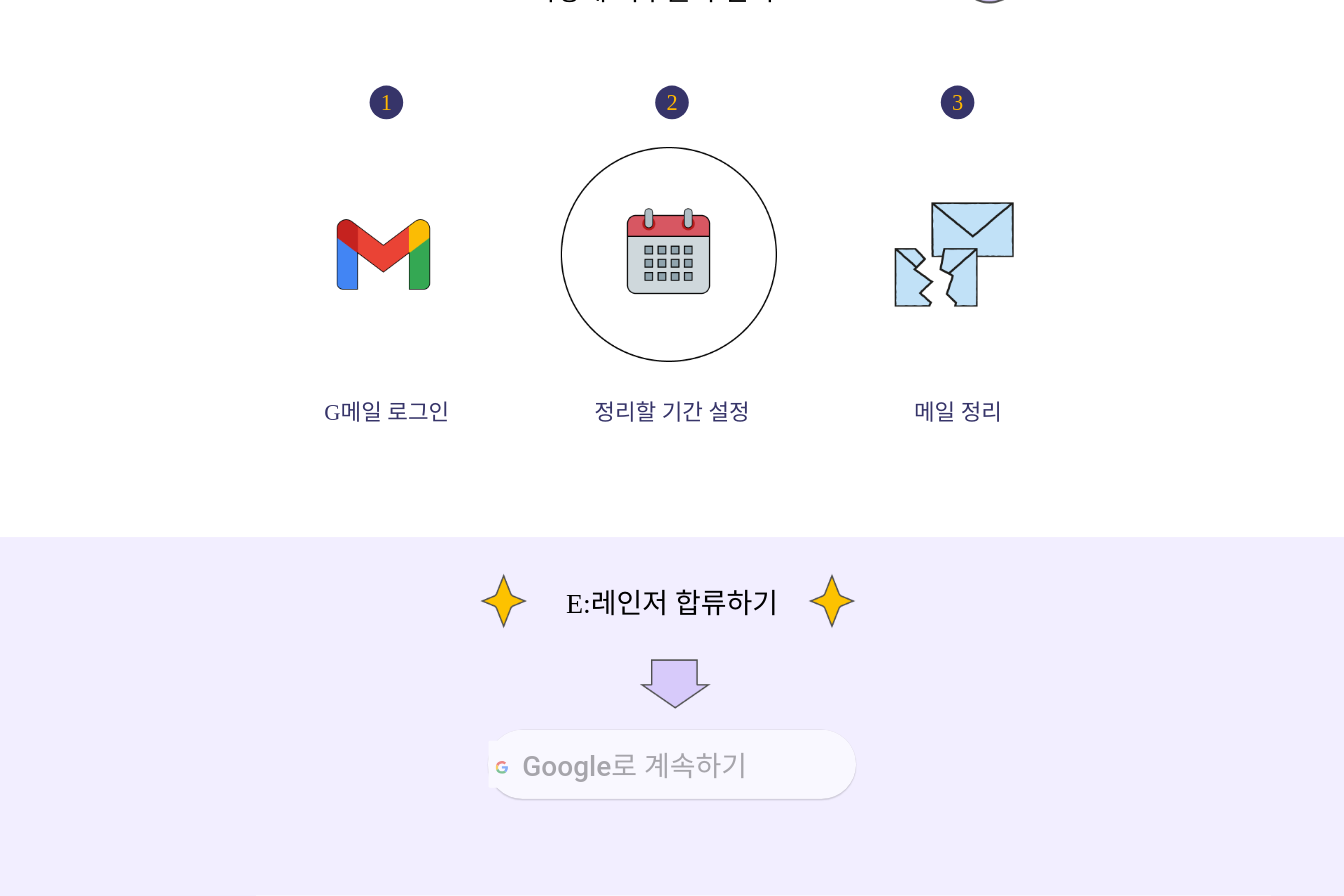
Repository: Sopkathon-30th-2/frontend
Page: /
The author's editor kept a copy of each file at every save. The page is drawn from the files as they stood at one save, then again after the next save.
The browser window is 1280 px wide. The page is 1920 px wide, so the pictures cover 1920 px, including what lies to the right of the window. The pictures show the part of the page from y = 2955 to 4235 px (the page is 4235 px tall), at 70% of full size.
The project was rebuilt for these pictures with package versions that can differ from the ones it lists, and the page was loaded fresh each time. Also part of the build but not shown: src/components/common/ErrorBoundary.jsx, src/components/common/ErrorComponent.jsx, src/components/common/Loading.jsx, src/utils/wrapPromise.js, src/lib/index.js, src/pages/Sample.jsx, src/pages/ResultPage.jsx, src/components/common/Header.jsx and 1 more.

Above is the page before, as saved 2022-05-22 08:03:06.

After the next save:
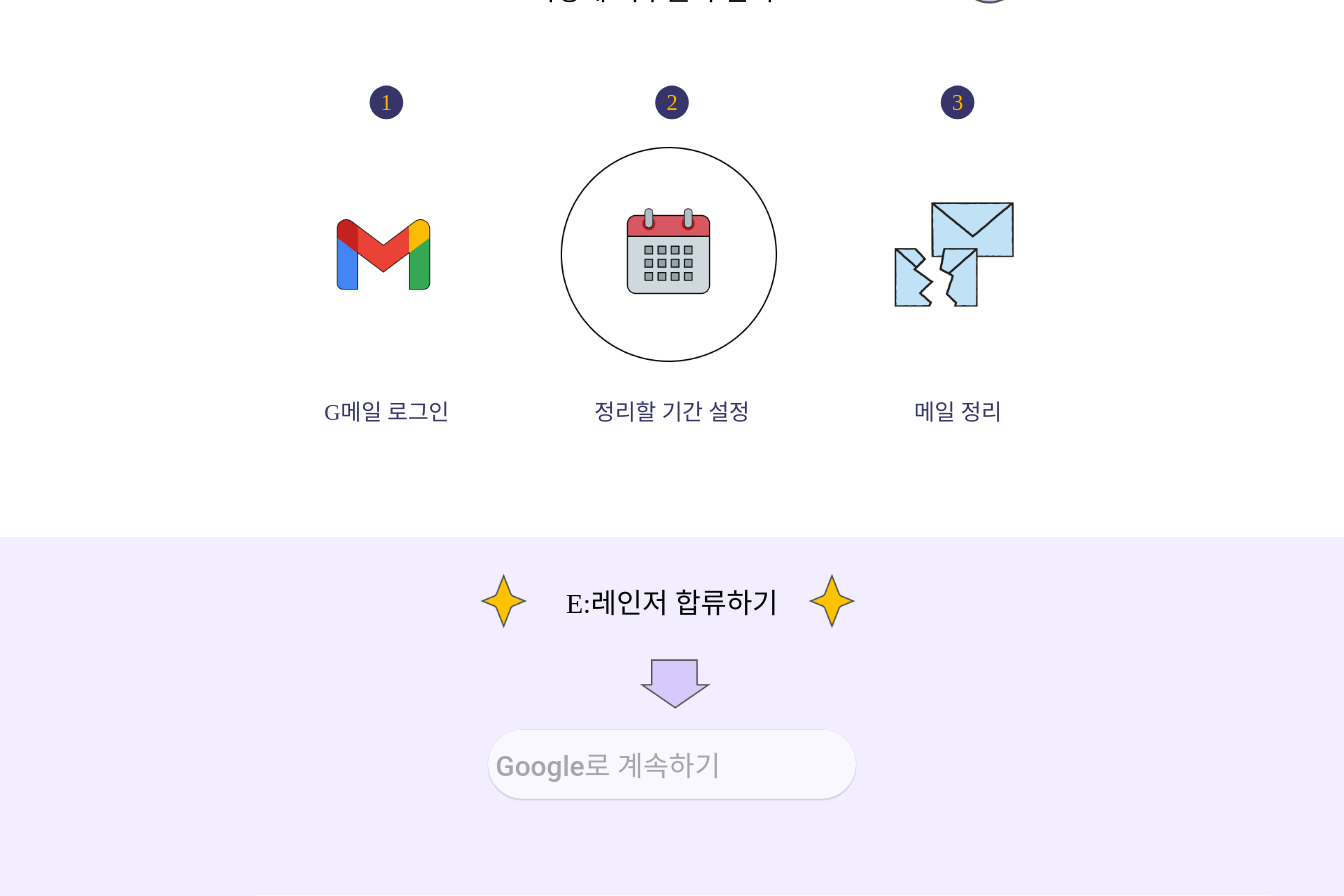
Saved 37 s later.
--- a/src/pages/MainPage.jsx
+++ b/src/pages/MainPage.jsx
@@ -229,6 +229,7 @@
           onSuccess={onSuccess}
           onFailure={onFailure}
           className="google-login"
+          icon={false}
           // style={style}
         />
       </Googlebox>
